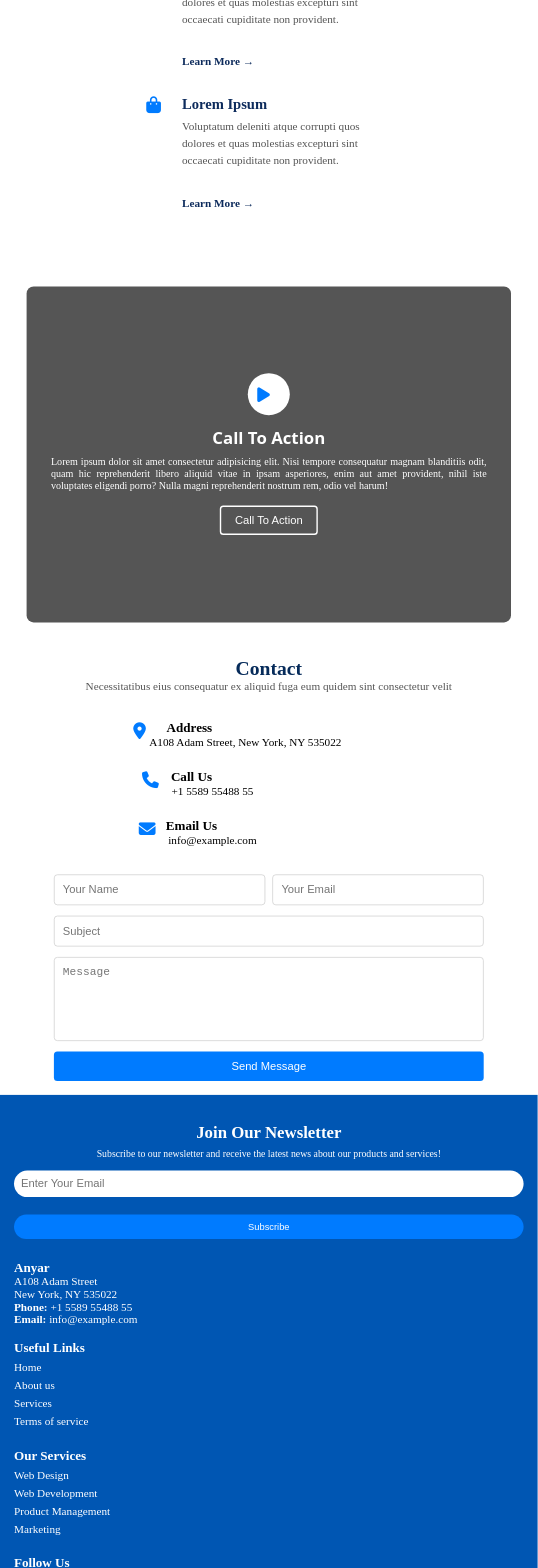
Repository: Sharathguru/web_Project
Page: Service.html
These files come from the project's save history. The page is drawn as it stood at one moment and after the next save; the edit follows.
The browser window is 768 px wide. The pictures show the part of the page from y = 2693 to 4933 px (the page is 5095 px tall), at 70% of full size.

Above is the page before, as saved 2025-03-21 21:01:58.

### Service.html
<!DOCTYPE html>
<html lang="en">
<head>
  <meta charset="UTF-8">
  <meta name="viewport" content="width=device-width, initial-scale=1.0">
  <title>ANYAR - About Us</title>

  <link rel="stylesheet" href="https://cdnjs.cloudflare.com/ajax/libs/font-awesome/6.7.2/css/all.min.css" integrity="sha512-Evv84Mr4kqVGRNSgIGL/F/aIDqQb7xQ2vcrdIwxfjThSH8CSR7PBEakCr51Ck+w+/U6swU2Im1vVX0SVk9ABhg==" crossorigin="anonymous" referrerpolicy="no-referrer" />

  <link rel="stylesheet" href="Service.css">
</head>
<body>
  <header>
    <nav id="nav-detail">
      <div id="nav-heading">
        <h2>ANYAR</h2>
      </div>

      <div id="nav-heading2">
        <a href="home.html">Home</a>
        <a href="About.html">About</a>
        <a href="Service.html">Services</a>
        <a href="#">Portfolio</a>
        <a href="#">Team</a>
        <div class="dropdown">
          <select>
            <option value="" disabled selected>Dropdown</option>
            <option value="">Option 1</option>
            <option value="">Option 2</option>
            <option value="">Option 3</option>
          </select>
        </div>

      </div>

      <div id="nav-heading3">
        <i class="fa-brands fa-x-twitter"></i>
        <i class="fa-brands fa-facebook"></i>
        <i class="fa-brands fa-instagram"></i>
        <i class="fa-brands fa-linkedin"></i>
        <i id="menu-bar" class="fa-solid fa-bars"></i>
      </div>
    </nav>

    <nav>
      <div id="nav-content">
        <h1>Welcome to Anyar Occaecati aliquam et in ut omnis</h1>
        <p>Blanditiis praesentium aliquam illum tempore incidunt debitis dolorem magni est deserunt sed qui libero. Qui voluptas amet.</p>
        <button>Get Started</button>
      </div>
    </nav>
  </header>

  <section id="about">
    <div class="container">
        <h1>About</h1>
        <p class="subtitle">Necessitatibus eius consequatur ex aliquid fuga eum quidem sint consectetur velit</p>

        <div class="content">
            <div class="left">
                <h2>Voluptatem dignissimos provident quasi</h2>
                <p>Lorem ipsum dolor sit amet, consectetur adipiscing elit, sed do eiusmod tempor incididunt ut labore et dolore magna aliqua. Duis aute irure dolor in reprehenderit.</p>
                <button class="btn">ABOUT US &nbsp; →</button>
            </div>
            <div class="right">
                <div class="feature">
                    <i class="fa-solid fa-bag-shopping icon"></i>
                    <h3>Corporis voluptates sit</h3>
                    <p>Consequuntur sunt aut quasi enim aliquam quae harum pariatur laboris nisi ut aliquid.</p>
                </div>
                <div class="feature">
                    <i class="fa-solid fa-balance-scale icon"></i>
                    <h3>Ullamco laboris nisi</h3>
                    <p>Excepteur sint occaecat cupidatat non proident, sunt in culpa qui officia deserunt mollit anim id est laborum.</p>
                </div>
                <div class="feature">
                    <i class="fa-solid fa-satellite-dish icon"></i>
                    <h3>Labore consequatur</h3>
                    <p>Aut suscipit aut cum nemo deleniti aut omnis. Doloribus ut maiores omnis facere.</p>
                </div>
                <div class="feature">
                    <i class="fa-solid fa-chart-bar icon"></i>
                    <h3>Beatae veritatis</h3>
                    <p>Expedita veritatis consequuntur nihil tempore laudantium vitae denat pacta.</p>
                </div>
            </div>
        </div>
    </div>
  </section>

  <section class="services">
    <div class="container">
        <h1>Services</h1>
        <p>Necessitatibus eius consequatur ex aliquid fuga eum quidem sint consectetur velit</p>
        <div class="services-grid">
            <div class="service-item">
                <i class="fa-solid fa-bag-shopping icon"></i>
                <div class="service-item-detail">
                <h3>Lorem Ipsum</h3>
                <p>Voluptatum deleniti atque corrupti quos dolores et quas molestias excepturi sint occaecati cupiditate non provident.</p>
                <a href="#" class="learn-more">Learn More →</a>
              </div>
            </div>
            <div class="service-item">
              <i class="fa-solid fa-bag-shopping icon"></i>
              <div class="service-item-detail">
              <h3>Lorem Ipsum</h3>
              <p>Voluptatum deleniti atque corrupti quos dolores et quas molestias excepturi sint occaecati cupiditate non provident.</p>
              <a href="#" class="learn-more">Learn More →</a>
            </div>
          </div>
          <div class="service-item">
            <i class="fa-solid fa-bag-shopping icon"></i>
            <div class="service-item-detail">
            <h3>Lorem Ipsum</h3>
            <p>Voluptatum deleniti atque corrupti quos dolores et quas molestias excepturi sint occaecati cupiditate non provident.</p>
            <a href="#" class="learn-more">Learn More →</a>
          </div>
        </div>
        <div class="service-item">
          <i class="fa-solid fa-bag-shopping icon"></i>
          <div class="service-item-detail">
          <h3>Lorem Ipsum</h3>
          <p>Voluptatum deleniti atque corrupti quos dolores et quas molestias excepturi sint occaecati cupiditate non provident.</p>
          <a href="#" class="learn-more">Learn More →</a>
        </div>
      </div>
      <div class="service-item">
        <i class="fa-solid fa-bag-shopping icon"></i>
        <div class="service-item-detail">
        <h3>Lorem Ipsum</h3>
        <p>Voluptatum deleniti atque corrupti quos dolores et quas molestias excepturi sint occaecati cupiditate non provident.</p>
        <a href="#" class="learn-more">Learn More →</a>
      </div>
    </div>
    <div class="service-item">
      <i class="fa-solid fa-bag-shopping icon"></i>
      <div class="service-item-detail">
      <h3>Lorem Ipsum</h3>
      <p>Voluptatum deleniti atque corrupti quos dolores et quas molestias excepturi sint occaecati cupiditate non provident.</p>
      <a href="#" class="learn-more">Learn More →</a>
    </div>
  </div>
        </div>
    </div>
</section>

<aside id="call-to-action-1">
<aside id="call-to-action">
  <div class="container">
    <div class="icon-wrapper">
      <i class="fa-solid fa-play icon"></i>
    </div>
    <div class="content1">
      <h1>Call To Action</h1>
      <p>
        Lorem ipsum dolor sit amet consectetur adipisicing elit. Nisi tempore consequatur magnam blanditiis odit, quam hic reprehenderit libero aliquid vitae in ipsam asperiores, enim aut amet provident, nihil iste voluptates eligendi porro? Nulla magni reprehenderit nostrum rem, odio vel harum!
      </p>
      <button class="cta-button">Call To Action</button>
    </div>
  </div>
</aside>
</aside>

<section class="contact-section">
    <div class="container">
        <h3 class="title">Contact</h3>
        <p class="description">
            Necessitatibus eius consequatur ex aliquid fuga eum quidem sint consectetur velit
        </p>
        <div class="contact-wrapper">

            <!-- Left Side - Contact Details -->
            <div class="contact-info">
                <div class="info-item">
                    <i class="fa-solid fa-location-dot icon"></i>
                    <div>
                        <h3>Address</h3>
                        <p>A108 Adam Street, New York, NY 535022</p>
                    </div>
                </div>
                <div class="info-item">
                    <i class="fa-solid fa-phone icon"></i>
                    <div>
                        <h3>Call Us</h3>
                        <p>+1 5589 55488 55</p>
                    </div>
                </div>
                <div class="info-item">
                    <i class="fa-solid fa-envelope icon"></i>
                    <div>
                        <h3>Email Us</h3>
                        <p>info@example.com</p>
                    </div>
                </div>
            </div>

            <!-- Right Side - Contact Form -->
            <div class="contact-form">
                <form action="">
                    <div class="input-group">
                        <input type="text" placeholder="Your Name">
                        <input type="email" placeholder="Your Email">
                    </div>
                    <input type="text" placeholder="Subject">
                    <textarea placeholder="Message"></textarea>
                    <button class="send-btn">Send Message</button>
                </form>
            </div>

        </div>
    </div>
</section>

<footer id="footer">
    <div id="footer-content">
        <div id="footer-logo">
            <h2>Join Our Newsletter</h2>
            <p>Subscribe to our newsletter and receive the latest news about our products and services!</p>
            <div class="newsletter">
                <input type="email" placeholder="Enter Your Email">
                <button>Subscribe</button>
            </div>
        </div>

        <div class="footer-sections">
            <div class="footer-info">
                <h3>Anyar</h3>
                <p>A108 Adam Street <br> New York, NY 535022</p>
                <p><strong>Phone:</strong> +1 5589 55488 55</p>
                <p><strong>Email:</strong> info@example.com</p>
            </div>

            <div class="footer-links">
                <h3>Useful Links</h3>
                <ul>
                    <li><a href="home.html">Home</a></li>
                    <li><a href="#">About us</a></li>
                    <li><a href="#">Services</a></li>
                    <li><a href="#">Terms of service</a></li>
                </ul>
            </div>

            <div class="footer-services">
                <h3>Our Services</h3>
                <ul>
                    <li><a href="#">Web Design</a></li>
                    <li><a href="#">Web Development</a></li>
                    <li><a href="#">Product Management</a></li>
                    <li><a href="#">Marketing</a></li>
                </ul>
            </div>

            <div class="footer-follow">
                <h3>Follow Us</h3>
                <p>Stay connected with us on social media!</p>
                <div class="social-icons">
                    <a href="#"><i class="fa fa-twitter"></i></a>
                    <a href="#"><i class="fa fa-facebook"></i></a>
                    <a href="#"><i class="fa fa-instagram"></i></a>
                    <a href="#"><i class="fa fa-linkedin"></i></a>
                </div>
            </div>
        </div>

        <div class="footer-bottom">
            <p>&copy; Copyright <strong>Anyar</strong>. All Rights Reserved</p>
        </div>
    </div>
</footer>






  <script>
    document.getElementById('menu-bar').addEventListener('click', function() {
      var navHeading2 = document.getElementById('nav-heading2');
      navHeading2.classList.toggle('mobile-menu');
    });
  </script>
</body>
</html>

### Service.css
/* General Styles */
* {
    margin: 0;
    padding: 0;
    box-sizing: border-box;
}

/* Header Styles */
header {
    padding: 0 3rem 0 3rem;
    width: 100%;
    height: 100vh;
    background-color: rgb(10, 147, 232);
}
#nav-detail {
    width: 100%;
    height: 15vh;
    display: flex;
    justify-content: space-between;
    align-items: center;
    color: white;
}
#nav-heading2 {
    width: 50vw;
    display: flex;
    justify-content: space-evenly;
}
#nav-heading2>a {
    text-decoration: none;
    color: white;
}
select {
    background-color: transparent;
    border: none;
    color: white;
}
#nav-heading3 {
    width: 10vw;
    display: flex;
    justify-content: space-evenly;
}
#nav-content {
    height: 80vh;
    padding: 0 5rem;
    align-self: center;
    display: flex;
    flex-direction: column;
    align-items: center;
    text-align: center;
}
#nav-content>h1 {
    color: white;
    font-weight: 900;
    font-size: 4.5rem;
    margin: 3.3rem 0 1rem 0;
}
#nav-content>p {
    padding: 0 4rem 0 4rem;
    color: white;
    font-size: 2rem;
}
#nav-content>button {
    width: 10vw;
    height: 12vh;
    margin: 2rem 0 5rem 0;
    background-color: rgb(15, 67, 102);
    border: none;
    border-radius: 1rem;
    color: white;
    font-weight: 900;
    cursor: pointer;
}
#menu-bar {
    display: none;
}

/* Media query for screen width between 359px and 740px */
@media (min-width: 359px) and (max-width: 740px) {
    header {
        height: 56vh;
    }
    #nav-heading {
        position: relative;
        right: 30px;
    }
    #nav-heading2 {
        display: none;
    }
    #nav-heading3 {
        margin-left: 3rem;
        position: relative;
        left: 30px;
        width: 40vw;
        display: flex;
        justify-content: space-between;
    }
    #menu-bar {
        display: block;
        cursor: pointer;
    }
    #nav-heading2.mobile-menu {
        display: flex;
        flex-direction: column;
        position: absolute;
        top: 15vh;
        left: 0;
        width: 100%;
        background-color: rgb(10, 147, 232);
        padding: 1rem;
        box-shadow: 0 4px 8px rgba(0, 0, 0, 0.1);
    }
    #nav-heading2.mobile-menu a, #nav-heading2.mobile-menu select {
        margin: 0rem 0;
    }
    #nav-content {
        width: 100%;
        height: 100vh;
    }
    #nav-content>h1 {
        width: 100vw;
        font-size: 1.7rem;
    }
    #nav-content>p {
        padding: 0 2rem 0 2rem;
        width: 100vw;
        font-size: 0.9rem;
        opacity: 0.8;
    }
    #nav-content>button {
        width: 100%;
        height: 5vh;
        font-size: 0.8rem;
        background-color: rgb(5, 104, 169);
    }
}

/* About Section */
#about {
    background-color: #fff;
    text-align: center;
    padding: 50px 20px;
    border-top: 5px solid #0056b3;
}

/* Container */
.container {
    /* padding: 0 2rem 0 2rem; */
    max-width: 100%;
    margin: 0 auto;
}

/* Heading */
.container h1 {
    font-size: 2.5em;
    color: white;
    margin-bottom: 10px;
    font-family: system-ui, -apple-system, BlinkMacSystemFont, 'Segoe UI', Roboto, Oxygen, Ubuntu, Cantarell, 'Open Sans', 'Helvetica Neue', sans-serif;
}

.subtitle {
    font-size: 1.1em;
    color: #777;
    margin-bottom: 30px;
}

/* Content */
.content {
    display: flex;
    flex-wrap: wrap;
    justify-content: space-between;
    text-align: left;
}

/* Left Section */
.left {
    width: 45%;
    /* padding: 0 0 0 rem; */
}

.left h2 {

    font-size: 1.8em;
    color: #003366;
}

.left p {
    font-size: 1.1em;
    color: #555;
    line-height: 1.5;
}

.btn {
    display: inline-block;
    margin-top: 15px;
    padding: 10px 20px;
    font-size: 1em;
    color: #0056b3;
    border: 2px solid #0056b3;
    background: none;
    cursor: pointer;
    border-radius: 15px;
    transition: 0.3s ease;
}

.btn:hover {
    background: #0056b3;
    color: white;
}

/* Right Section */
.right {
    width: 50%;
    display: flex;
    flex-wrap: wrap;
    gap: 20px;
}

.feature {
    width: 48%;
    padding: 15px;
}

.icon {
    font-size: 2em;
    color: #0056b3;
}

.feature h3 {
    font-size: 1.2em;
    color: #003366;
    margin-top: 10px;
}

.feature p {
    font-size: 1rem;
    /* color: black; */
    opacity: 0.6;
    text-align: justify;
}

/* Responsive */
@media (max-width: 768px) {
    .content {
        width: 100%;

        flex-direction: column;
        align-items: center;
    }

    .left, .right {
        width: 100%;
        /* text-align: center; */
    }
    .content
    {
        position: relative;
        right: 10px;
        text-align: justify;
    }

    .feature {
        width: 100%;
    }
}

/* Services Section */
.services {
    text-align: center;
    padding: 60px 20px;
    background-color: #fff;
}

.services h1 {
    font-size: 2.5em;
    color: #0d2b5c;
    font-weight: bold;
    margin-bottom: 10px;
}

.services p {
    font-size: 1.1em;
    color: #777;
    margin-bottom: 30px;
}

/* Services Grid */
.services-grid {
    display: grid;
    grid-template-columns: repeat(3, 1fr);
    gap: 40px;
    justify-items: center;
    max-width: 1100px;
    margin: 0 auto;
}

/* Service Item */
.service-item {
    display: flex;
    align-items: flex-start;
    gap: 15px;
    max-width: 350px;
    text-align: left;
}

.service-item-detail {
    display: flex;
    flex-direction: column;
}

.service-item h3 {
    font-size: 1.3em;
    color: #0d2b5c;
    font-weight: bold;
    margin-bottom: 8px;
}

.service-item p {
    font-size: 1rem;
    color: #555;
    line-height: 1.5;
}

/* Service Icons */
.icon {
    font-size: 2rem;
    color: #0d2b5c;
}

/* Learn More Link */
.learn-more {
    display: inline-block;
    margin-top: 10px;
    font-size: 1em;
    color: #0d2b5c;
    text-decoration: none;
    font-weight: bold;
}

.learn-more:hover {
    text-decoration: underline;
}

/* Responsive Styles */
@media (max-width: 992px) {
    .services-grid {
        grid-template-columns: repeat(2, 1fr);
    }
}

@media (max-width: 768px) {
    .services-grid {
        grid-template-columns: 1fr;
    }
    #call-to-action p
    {
        text-align: justify;
    }
}

/* Call to Action Section */
#call-to-action {
    width: 95%;
    height: 60vh;
    background-color: #555;
    display: flex;
    justify-content: center;
    align-items: center;
    border-radius: 10px;
}

#call-to-action .container {
    width: 90%;
    text-align: center;
    color: white;
    /* max-width: 600px; */
}


#call-to-action-1
{
    display: flex;
    justify-content: center;
    align-items: center;
    flex-direction: column;
    text-align: center;
    padding: 50px 20px;
    color: white;
    border-radius: 10px;
}

.icon-wrapper {
    background-color: white;
    display: inline-flex;
    justify-content: center;
    align-items: center;
    width: 60px;
    height: 60px;
    border-radius: 50%;
    margin-bottom: 15px;
}

#call-to-action .icon {
    font-size: 24px;
    color: #007bff;
}

#call-to-action h1 {
    font-size: 24px;
    font-weight: bold;
    margin-bottom: 10px;
}

#call-to-action p {
    width: 100%;
    font-size: 0.9rem;
    margin-bottom: 20px;
}

.cta-button {
    padding: 10px 20px;
    background: transparent;
    color: white;
    border: 2px solid white;
    cursor: pointer;
    font-size: 16px;
    border-radius: 5px;
}

.cta-button:hover {
    background-color: white;
    color: #555;
}

.contact-section {
    width: 100%;
    padding: 0 10%;
    background-color: white;
    text-align: center;
}

.title {
    font-size: 28px;
    font-weight: bold;
    color: #062b5a;
}

.description {
    font-size: 16px;
    color: #555;
    margin-bottom: 30px;
}

/* Contact Wrapper */
.contact-wrapper {
    display: flex;
    justify-content: space-between;
    align-items: center;
    flex-wrap: wrap;
    gap: 20px;
}

/* Left Side - Contact Info */
.contact-info {
    width: 45%;
    text-align: left;
}

.info-item {
    display: flex;
    align-items: center;
    margin-bottom: 20px;
}

.icon {
    font-size: 24px;
    color: #007bff;
    margin-right: 15px;
}

/* Right Side - Contact Form */
.contact-form {
    width: 50%;
}

form {
    display: flex;
    flex-direction: column;
}

.input-group {
    display: flex;
    gap: 10px;
}

.input-group input {
    flex: 1;
}

input,
textarea {
    width: 100%;
    padding: 12px;
    margin-bottom: 15px;
    border: 1px solid #ccc;
    border-radius: 5px;
    font-size: 16px;
    outline: none;
}

textarea {
    resize: none;
    height: 120px;
}

/* Send Message Button */
.send-btn {
    padding: 12px;
    font-size: 16px;
    border: none;
    background-color: #007bff;
    color: white;
    border-radius: 5px;
    cursor: pointer;
    transition: background 0.3s;
    margin-bottom: 20px;
}

.send-btn:hover {
    background-color: #0056b3;
}

/* Responsive Design */
@media (max-width: 768px) {
    .contact-wrapper {
        flex-direction: column;
        align-items: center;
    }

    .contact-info,
    .contact-form {
        width: 100%;
        text-align: center;
    }

    .info-item {
        position: relative;
        right: 40px;
        justify-content: center;
    }

    .info-item:nth-child(2) i
    ,.info-item:nth-child(3) i{
        position: relative;
        right: 63px;
    }
    .info-item:nth-child(1) h3,
    .info-item:nth-child(2) h3,
    .info-item:nth-child(3) h3
    {
        margin-top: 10px;
        position: relative;
        right: 90px;
    }
    .info-item:nth-child(1) p
    {
        position: relative;
        right: 10px;
    }
    .info-item:nth-child(2) p,
    .info-item:nth-child(3) p
    {
        position: relative;
        right: 60px;
    }
}



#footer {
    background: #0056b3;
    color: white;
    padding: 40px 20px;
    text-align: center;
}

#footer-content {
    max-width: 1100px;
    margin: 0 auto;
}

#footer-logo h2 {
    font-size: 24px;
    margin-bottom: 10px;
}

#footer-logo p {
    font-size: 14px;
    margin-bottom: 15px;
}

.newsletter {
    display: flex;
    justify-content: center;
    gap: 10px;
}

.newsletter input {
    width: 250px;
    padding: 10px;
    border: none;
    border-radius: 20px;
}

.newsletter button {
    padding: 10px 15px;
    border: none;
    background: #007bff;
    color: white;
    border-radius: 20px;
    cursor: pointer;
}

.newsletter button:hover {
    background: #004c9c;
}

.footer-sections {
    display: flex;
    justify-content: space-between;
    flex-wrap: wrap;
    margin-top: 30px;
}

.footer-info,
.footer-links,
.footer-services,
.footer-follow {
    width: 23%;
    text-align: left;
}

.footer-links ul,
.footer-services ul {
    list-style: none;
    padding: 0;
}

.footer-links ul li,
.footer-services ul li {
    margin: 8px 0;
}

.footer-links ul li a,
.footer-services ul li a {
    color: white;
    text-decoration: none;
}

.social-icons {
    display: flex;
    gap: 10px;
    margin-top: 10px;
}

.social-icons a {
    color: white;
    font-size: 20px;
}

.footer-bottom {
    margin-top: 20px;
    font-size: 14px;
    border-top: 1px solid #ccc;
    padding-top: 10px;
}

@media (max-width: 768px) {
    .footer-sections {
        flex-direction: column;
        text-align: center;
    }

    .footer-info,
    .footer-links,
    .footer-services,
    .footer-follow {
        width: 100%;
        margin-bottom: 20px;
    }

    .newsletter {
        flex-direction: column;
    }

    .newsletter input {
        width: 100%;
    }

    .social-icons {
        justify-content: center;
    }
}

After the next save:
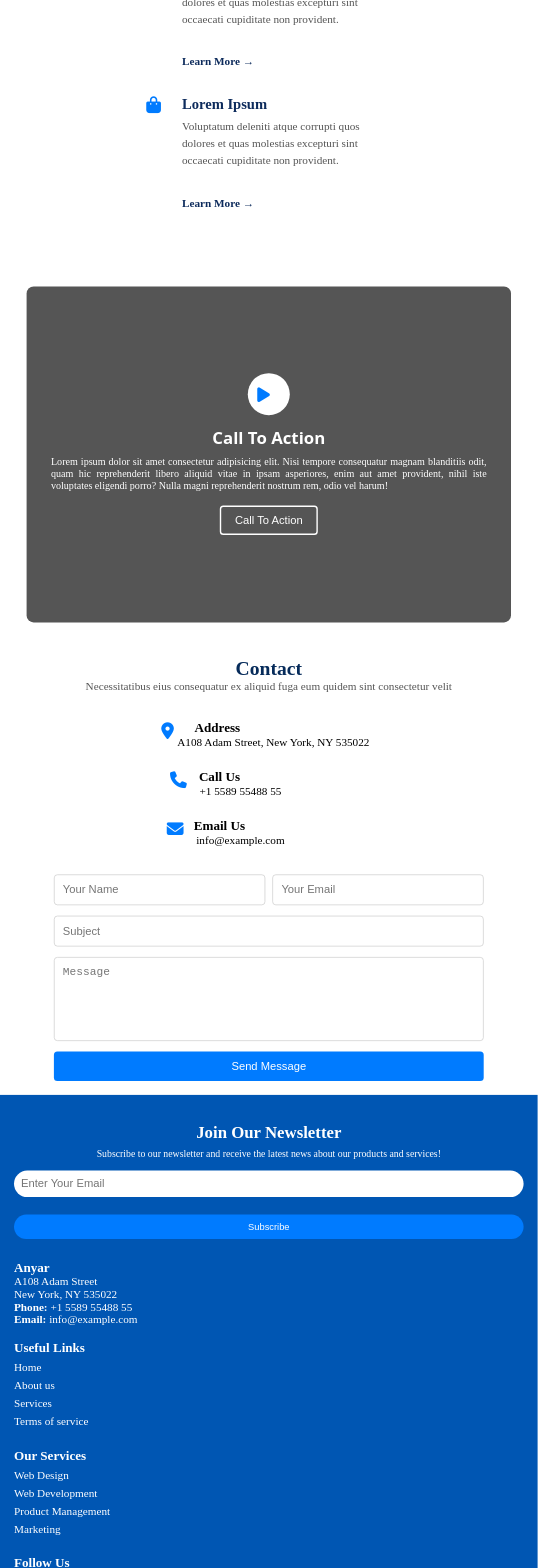
Saved 6 s later.
--- a/Service.css
+++ b/Service.css
@@ -544,7 +544,6 @@ textarea {
 
     .info-item {
         position: relative;
-        right: 40px;
         justify-content: center;
     }
 
